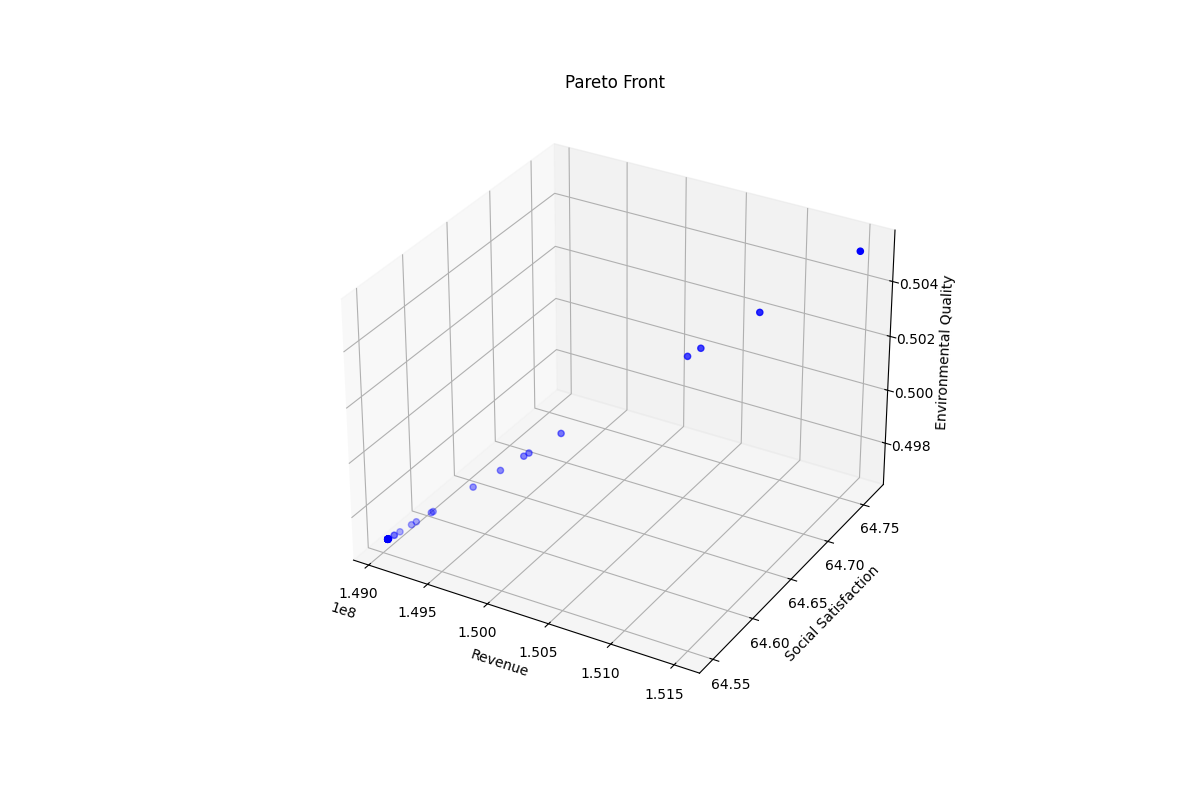
Repository: Kevinye0116/MCM
Script's output: python Coding/trial3.py
An editor plug-in stored every save of this project. The script's output is shown before and after the next save, followed by the edit.
Random numbers start from a fixed seed.

Above is the script's output before, as saved 2025-01-25 22:56:55.

### Coding/trial3.py
from typing import List, Tuple

import matplotlib.pyplot as plt
import numpy as np
from mpl_toolkits.mplot3d import Axes3D


class TourismOptimization:
    def __init__(self):
        # 模型系数
        self.k1 = 0.4  # 环保投资效率系数
        self.k2 = 0.3  # 碳排放影响系数
        self.k3 = 0.3  # 自然恢复系数
        self.k4 = 0.15  # 基础设施发展系数
        self.k5 = 0.3  # 基础设施投资系数
        self.k6 = 0.25  # 环保投资系数

        # 社会满意度参数
        self.a1 = -1.975284171471327e-11  # 游客数量对居民满意度的影响系数
        self.a2 = 4.772497706879391e-05  # 旅游税对游客满意度的影响系数
        self.a3 = 0.015  # 消费水平对游客满意度的影响系数
        self.b1 = 39.266042633247565  # 居民基础满意度
        self.b2 = 60  # 游客基础满意度

        # 约束条件上限
        self.Nt_max = 5000000  # 最大游客数量
        self.tau_max = 10  # 最大旅游税
        self.Pt = 190  # 固定游客消费为常数
        self.Pt_max = 190  # 更新最大游客消费为固定值
        self.CO2_max = 8000000  # 最大碳排放量
        self.E = 0  # 最小环境质量指数

        # 其他参数
        self.CO2p = 10  # 人均碳排放量

        # 系统动态参数
        self.dt = 0.1  # 时间步长

        # 新增参数
        self.Cwater = 18900000  # 水资源容量
        self.Cwaste = 2549110  # 废物处理容量
        self.a4 = 0.01  # 游客数量对游客满意度的影响系数
        self.b3 = 10  # 废物处理基准增长率

    def calculate_revenue(self, x: np.ndarray) -> float:
        """计算总收入"""
        Nt, tau_t = x
        return self.Pt * Nt  # 使用固定的Pt值

    def calculate_social_satisfaction(self, x: np.ndarray) -> float:
        """计算社会满意度，确保满意度在0-100范围内"""
        Nt, tau_t = x

        # 居民满意度包含二次项
        S_residents = self.a1 * Nt * Nt + self.a2 * Nt + self.b1
        # 限制居民满意度在0-100范围内
        S_residents = np.clip(S_residents, 0, 100)

        # 游客满意度
        # S_tourists = self.a3 * self.Pt + self.a4 * Nt + self.b2
        # 限制游客满意度在0-100范围内
        # S_tourists = np.clip(S_tourists, 0, 100)

        # 加权平均
        return S_residents

    def calculate_environmental_quality(self, x: np.ndarray) -> float:
        """计算环境质量指数"""
        Nt, tau_t = x
        return (
            self.k1 * self.CO2p * Nt / self.CO2_max
            + self.k2 * Nt / self.Cwaste
            + self.k3 * Nt / self.Cwater
        )

    # def calculate_dCwaste_dt(self, x: np.ndarray) -> float:
    #     """计算废物处理容量的变化率 dCwaste/dt"""
    #     Nt, tau_t = x
    #     Pb = self.k5 * tau_t * Nt  # 基础设施投资
    #     return self.k4 * Pb + self.b3

    def constraints(self, x: np.ndarray) -> List[float]:
        """检查所有约束条件"""
        Nt, tau_t = x
        return [
            self.Nt_max - Nt,  # 游客数量上限约束
            self.tau_max - tau_t,  # 旅游税上限约束
            self.CO2_max - Nt * self.CO2p,  # 碳排放约束
            self.a1 * Nt * Nt + self.a2 * Nt + self.b1 - 60,  # 居民满意度最低要求
            Nt,  # 游客数量非负
            tau_t,  # 旅游税非负
        ]

    def is_feasible(self, x: np.ndarray) -> bool:
        """检查解是否满足所有约束条件"""
        return all(c >= 0 for c in self.constraints(x))

    def dominates(
        self, obj1: Tuple[float, float, float], obj2: Tuple[float, float, float]
    ) -> bool:
        """检查obj1是否支配obj2"""
        return all(o1 >= o2 for o1, o2 in zip(obj1, obj2)) and any(
            o1 > o2 for o1, o2 in zip(obj1, obj2)
        )

    def crossover_and_mutate(
        self, parent1: np.ndarray, parent2: np.ndarray
    ) -> np.ndarray:
        """进行交叉和变异操作"""
        # 算术交叉
        alpha = np.random.random()
        child = alpha * parent1 + (1 - alpha) * parent2

        # 变异
        mutation_rate = 0.1
        if np.random.random() < mutation_rate:
            mutation_strength = 0.1
            child += np.random.normal(0, mutation_strength, size=2)

        # 确保在约束范围内
        child[0] = np.clip(child[0], 0, self.Nt_max)
        child[1] = np.clip(child[1], 0, self.tau_max)

        return child

    def pareto_optimization(
        self, population_size: int = 100, generations: int = 50
    ) -> List[np.ndarray]:
        """执行帕累托优化"""
        # 初始化种群
        population = []
        while len(population) < population_size:
            x = np.array(
                [
                    np.random.uniform(0, self.Nt_max),
                    np.random.uniform(0, self.tau_max),
                ]
            )
            if self.is_feasible(x):
                population.append(x)

        pareto_front = []
        for generation in range(generations):
            # 评估当前种群的目标函数值
            objectives = []
            for solution in population:
                if self.is_feasible(solution):
                    obj1 = self.calculate_revenue(solution)
                    obj2 = self.calculate_social_satisfaction(solution)
                    obj3 = self.calculate_environmental_quality(solution)
                    objectives.append((obj1, obj2, obj3))
                else:
                    objectives.append((-np.inf, -np.inf, -np.inf))

            # 更新帕累托前沿
            for i, solution in enumerate(population):
                if not self.is_feasible(solution):
                    continue
                dominated = False
                for j, other_solution in enumerate(population):
                    if (
                        i != j
                        and self.is_feasible(other_solution)
                        and self.dominates(objectives[j], objectives[i])
                    ):
                        dominated = True
                        break
                if not dominated:
                    pareto_front.append(solution)

            # 生成新种群
            new_population = []
            while len(new_population) < population_size:
                # 锦标赛选择
                tournament = np.random.choice(len(population), 2, replace=False)
                if objectives[tournament[0]][0] > objectives[tournament[1]][0]:
                    parent1 = population[tournament[0]]
                else:
                    parent1 = population[tournament[1]]

                tournament = np.random.choice(len(population), 2, replace=False)
                if objectives[tournament[0]][1] > objectives[tournament[1]][1]:
                    parent2 = population[tournament[0]]
                else:
                    parent2 = population[tournament[1]]

                # 交叉和变异
                child = self.crossover_and_mutate(parent1, parent2)
                if self.is_feasible(child):
                    new_population.append(child)

            population = new_population

        # 移除重复解
        pareto_front = np.unique(pareto_front, axis=0)
        return pareto_front

    def simulate_system(self, x: np.ndarray, time_steps: int = 10) -> List[dict]:
        """模拟系统动态变化"""
        history = []
        current_x = x.copy()
        current_Cwaste = self.Cwaste

        for t in range(time_steps):
            # 直接计算环境质量，而不是通过变化率
            current_E = self.calculate_environmental_quality(current_x)

            state = {
                "t": t * self.dt,
                "Nt": current_x[0],
                "tau_t": current_x[1],
                "Pt": self.Pt,
                "E": current_E,
                "Cwaste": current_Cwaste,
                "Revenue": self.calculate_revenue(current_x),
                "Satisfaction": self.calculate_social_satisfaction(current_x),
            }
            history.append(state)

            # 计算其他状态变量的变化率
            # dCwaste = self.calculate_dCwaste_dt(current_x) * self.dt

            # 更新状态变量
            # current_Cwaste += dCwaste

        return history

    def visualize_pareto_front(self, pareto_front: List[np.ndarray]):
        """可视化帕累托前沿"""
        if len(pareto_front) == 0:
            print("No feasible solutions found!")
            return

        objectives = np.array(
            [
                [
                    self.calculate_revenue(x),
                    self.calculate_social_satisfaction(x),
                    self.calculate_environmental_quality(x),
                ]
                for x in pareto_front
            ]
        )

        fig = plt.figure(figsize=(12, 8))
        ax = fig.add_subplot(111, projection="3d")

        scatter = ax.scatter(
            objectives[:, 0], objectives[:, 1], objectives[:, 2], c="b", marker="o"
        )

        ax.set_xlabel("Revenue")
        ax.set_ylabel("Social Satisfaction")
        ax.set_zlabel("Environmental Quality")
        ax.set_title("Pareto Front")

        plt.show()

    def plot_simulation_results(self, history: List[dict]):
        """绘制模拟结果"""
        t = [state["t"] for state in history]
        Nt = [state["Nt"] for state in history]
        E = [state["E"] for state in history]
        Cwaste = [state["Cwaste"] for state in history]  # 新增废物处理容量数据
        Revenue = [state["Revenue"] for state in history]
        Satisfaction = [state["Satisfaction"] for state in history]

        fig, axes = plt.subplots(3, 2, figsize=(15, 15))  # 增加图表数量

        # 游客数量变化
        axes[0, 0].plot(t, Nt)
        axes[0, 0].set_title("Tourist Numbers")
        axes[0, 0].set_xlabel("Time")
        axes[0, 0].set_ylabel("Nt")

        # 环境质量变化
        axes[0, 1].plot(t, E)
        axes[0, 1].set_title("Environmental Quality")
        axes[0, 1].set_xlabel("Time")
        axes[0, 1].set_ylabel("E")

        # 废物处理容量变化
        axes[2, 0].plot(t, Cwaste)
        axes[2, 0].set_title("Waste Treatment Capacity")
        axes[2, 0].set_xlabel("Time")
        axes[2, 0].set_ylabel("Cwaste")

        # 收入和满意度变化
        ax2 = axes[1, 1].twinx()
        (l1,) = axes[1, 1].plot(t, Revenue, "b-", label="Revenue")
        (l2,) = ax2.plot(t, Satisfaction, "r-", label="Satisfaction")
        axes[1, 1].set_xlabel("Time")
        axes[1, 1].set_ylabel("Revenue", color="b")
        ax2.set_ylabel("Satisfaction", color="r")
        axes[1, 1].legend(handles=[l1, l2])

        plt.tight_layout()
        plt.show()


def main():
    # Set random seed for reproducibility
    np.random.seed(42)

    # Create optimizer instance
    optimizer = TourismOptimization()

    # Execute Pareto optimization
    print("Performing Pareto optimization...")
    pareto_front = optimizer.pareto_optimization(population_size=100, generations=50)

    # Visualize Pareto front
    print(f"Found {len(pareto_front)} Pareto optimal solutions")
    optimizer.visualize_pareto_front(pareto_front)

    # Print all Pareto optimal solutions
    print("\nAll Pareto optimal solutions:")
    for i, solution in enumerate(pareto_front, 1):
        print(f"\nSolution {i}:")
        print(f"Tourist Numbers: {solution[0]:.0f}")
        print(f"Tourism Tax: {solution[1]:.2f}")
        print(f"Tourist Consumption: {optimizer.Pt:.2f}")  # 使用固定的Pt值
        print(f"Expected Revenue: {optimizer.calculate_revenue(solution):.2f}")
        print(
            f"Social Satisfaction: {optimizer.calculate_social_satisfaction(solution):.2f}"
        )
        print(
            f"Environmental Quality: {optimizer.calculate_environmental_quality(solution):.2f}"
        )

    # Select an example solution for system dynamics simulation
    # if len(pareto_front) > 0:
    #     # Choose the solution with highest revenue as example
    #     example_solution = max(
    #         pareto_front, key=lambda x: optimizer.calculate_revenue(x)
    #     )

    #     print("\nSelected example solution (highest revenue):")
    #     print(f"Tourist Numbers: {example_solution[0]:.0f}")
    #     print(f"Tourism Tax: {example_solution[1]:.2f}")
    #     print(f"Tourist Consumption: {example_solution[2]:.2f}")
    #     print(f"Expected Revenue: {optimizer.calculate_revenue(example_solution):.2f}")
    #     print(
    #         f"Social Satisfaction: {optimizer.calculate_social_satisfaction(example_solution):.2f}"
    #     )
    #     print(
    #         f"Environmental Quality: {optimizer.calculate_environmental_quality(example_solution):.2f}"
    #     )

    #     # Simulate system dynamics
    #     # print("\nSimulating system dynamics...")
    #     history = optimizer.simulate_system(example_solution, time_steps=50)

    #     # Visualize simulation results
    #     # optimizer.plot_simulation_results(history)
    # else:
    #     print("No feasible solutions found!")


if __name__ == "__main__":
    main()

After the next save:
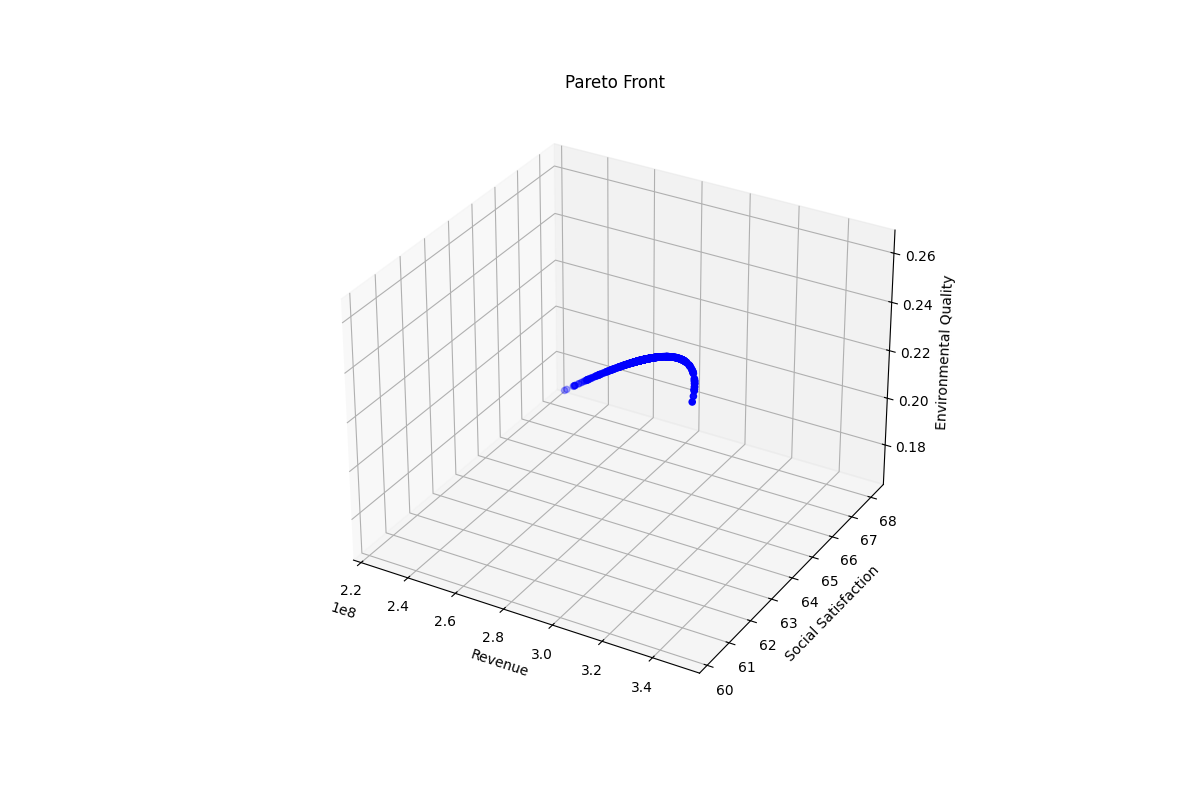
Saved 2 min 46 s later.
--- a/Coding/trial3.py
+++ b/Coding/trial3.py
@@ -31,7 +31,7 @@ class TourismOptimization:
         self.E = 0  # 最小环境质量指数
 
         # 其他参数
-        self.CO2p = 10  # 人均碳排放量
+        self.CO2p = 0.184  # 人均碳排放量
 
         # 系统动态参数
         self.dt = 0.1  # 时间步长
